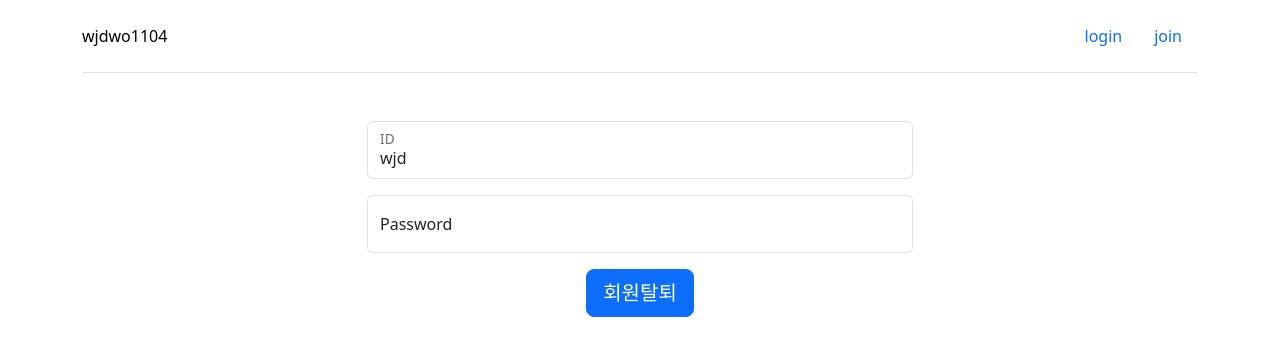
Repository: gain00/lecture1
Page: http://localhost/db-connect/delete.jsp
The author's editor kept a copy of each file at every save. The page is drawn from the files as they stood at one save, then again after the next save.
The browser window is 1280 px wide. The pictures show the whole page.
The page is served by Tomcat 9. Other server files are loaded and not shown.

Above is the page before, as saved 2023-06-07 08:14:34.

### db-connect/src/main/webapp/delete.jsp
<%@ page language="java" contentType="text/html; charset=UTF-8"
	pageEncoding="UTF-8"%>
<%@ include file="include/header.jsp"%>
<%String pLoggedUserId =  (String) session.getAttribute("loggedUserId");%>
<form action="delete-process.jsp" method="post">
	<div class="container-xl">
		<div class="row mt-5 justify-content-center">
			<div class="col-6">
				<div class="form-floating mb-3">
					<input type="text" name="userId" class="form-control"
						id="floatingInput" placeholder="아이디를 입력해 주세요." value=wjd
						readonly /> <label for="floatingInput">ID</label>
				</div>
				<div class="form-floating mb-3">
					<input type="password" name="userPw" class="form-control"
						id="floatingPassword" placeholder="Password" /> <label
						for="floatingPassword">Password</label>
				</div>
				<div class="text-center">
					<button type="submit" class="btn btn-primary btn-lg">회원탈퇴</button>
				</div>
			</div>
		</div>
	</div>
</form>
<%@ include file="include/footer.jsp"%>

### db-connect/src/main/webapp/include/header.jsp
<%@ page language="java" contentType="text/html; charset=UTF-8" pageEncoding="UTF-8"%>
<%
	String loggedUserId = (String) session.getAttribute("loggedUserId");
	String loggedUserName = (String) session.getAttribute("loggedUserName");

	//pageContext < requset < session < applicationContext
%>


<!DOCTYPE html>
<html>
  <head>
    <meta charset="UTF-8" />
    <title>Insert title here</title>
    <link rel="stylesheet" href="css/bootstrap.min.css" />
    <script src="js/bootstrap.bundle.min.js"></script>
    <script src="//t1.daumcdn.net/mapjsapi/bundle/postcode/prod/postcode.v2.js"></script>
  </head>
  <body>
    <div class="container">
    <header class="d-flex flex-wrap justify-content-center py-3 mb-4 border-bottom">
      <a href="/" class="d-flex align-items-center mb-3 mb-md-0 me-md-auto link-body-emphasis text-decoration-none">
        wjdwo1104
      </a>

      <ul class="nav nav-pills">
      	<%  if( loggedUserId == null ) { %>
        <li class="nav-item"><a href="login-form.jsp" class="nav-link">login</a></li>
        <li class="nav-item"><a href="join-form.jsp" class="nav-link">join</a></li>
        <% } else { %>
        <li class="nav-item"><a href="logout.jsp" class="nav-link">logout</a></li>
        <li class="nav-item"><a href="info.jsp" class="nav-link">이정재</a></li>
        <% } %>
      </ul>
    </header>
  </div>

Loaded but not shown: db-connect/src/main/webapp/include/footer.jsp (common file); db-connect/src/main/webapp/css/bootstrap.min.css (library); db-connect/src/main/webapp/js/bootstrap.bundle.min.js (library)

After the next save:
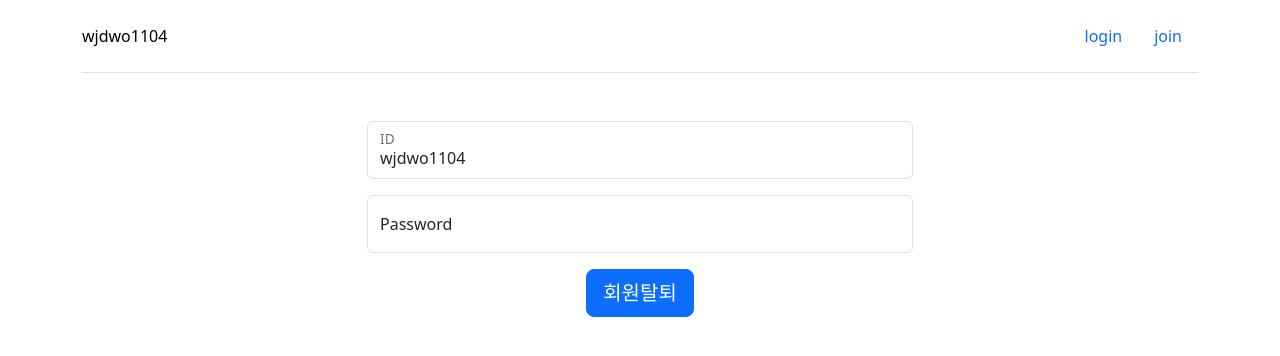
Saved 40 s later.
--- a/db-connect/src/main/webapp/delete.jsp
+++ b/db-connect/src/main/webapp/delete.jsp
@@ -8,7 +8,7 @@
 			<div class="col-6">
 				<div class="form-floating mb-3">
 					<input type="text" name="userId" class="form-control"
-						id="floatingInput" placeholder="아이디를 입력해 주세요." value=wjd
+						id="floatingInput" placeholder="아이디를 입력해 주세요." value=wjdwo1104
 						readonly /> <label for="floatingInput">ID</label>
 				</div>
 				<div class="form-floating mb-3">
